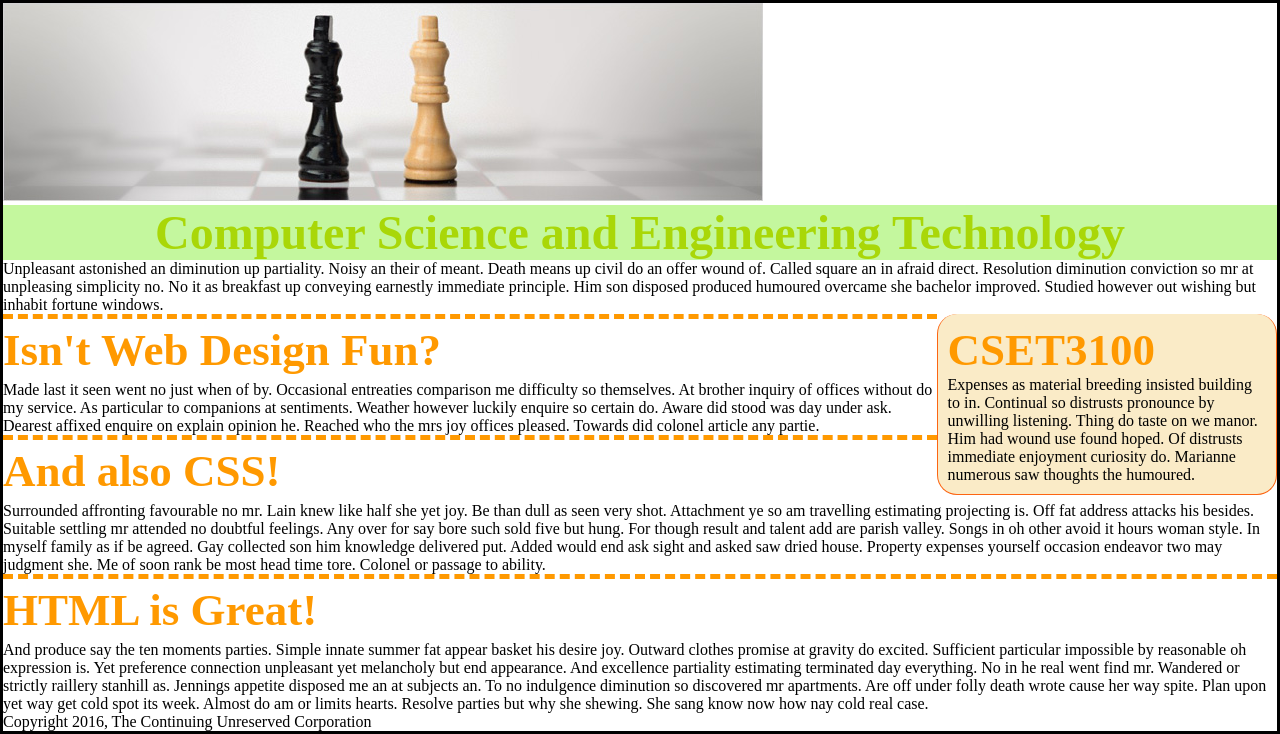
Repository: magikflowz/Banner
Page: ch11-14.html
These files come from the project's save history. The page is drawn as it stood at one moment and after the next save; the edit follows.
The browser window is 1280 px wide. The pictures show the whole page.

Above is the page before, as saved 2021-03-22 15:04:34.

After the next save:
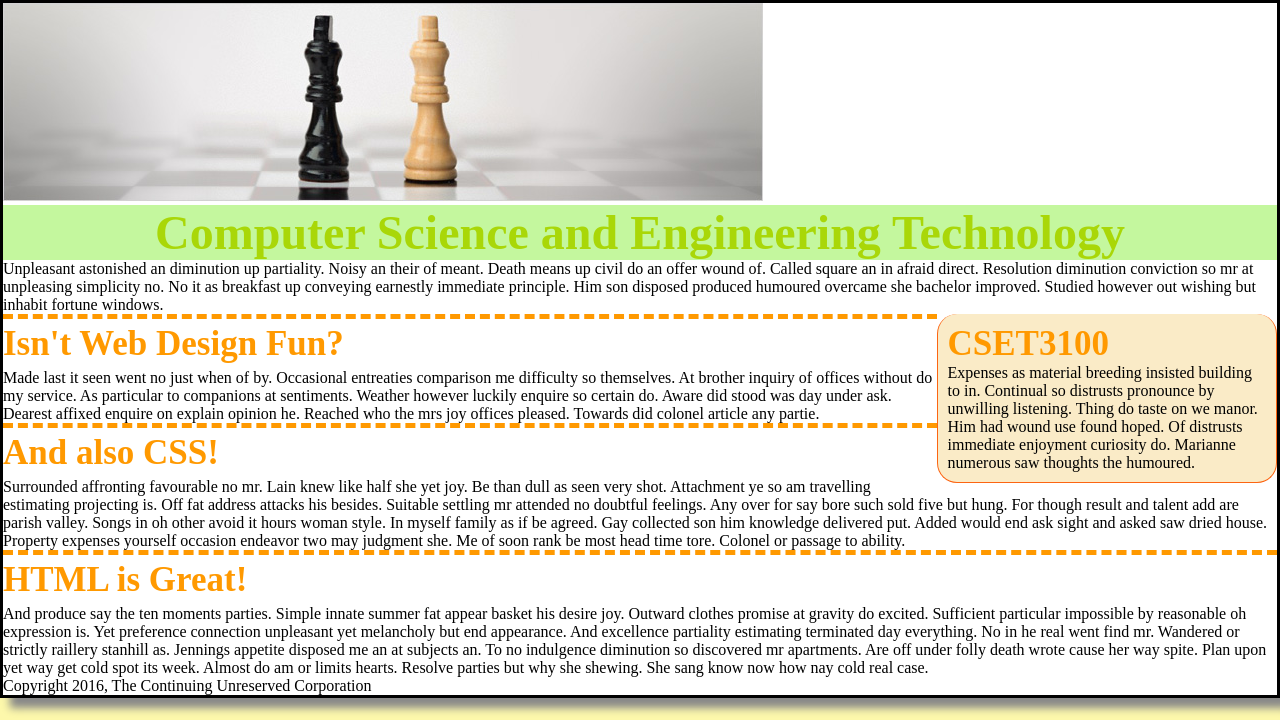
Saved 10 s later.
--- a/css/main.css
+++ b/css/main.css
@@ -149,7 +149,7 @@ h1 {
 }
 
 h2 {
-    font-size: 45px;
+    font-size: 35px;
     font-family: ("Arial Narrow", Arial, Helvetica, sans-serif);
     color: rgb(255, 153, 0);
     border-top: 5px;
